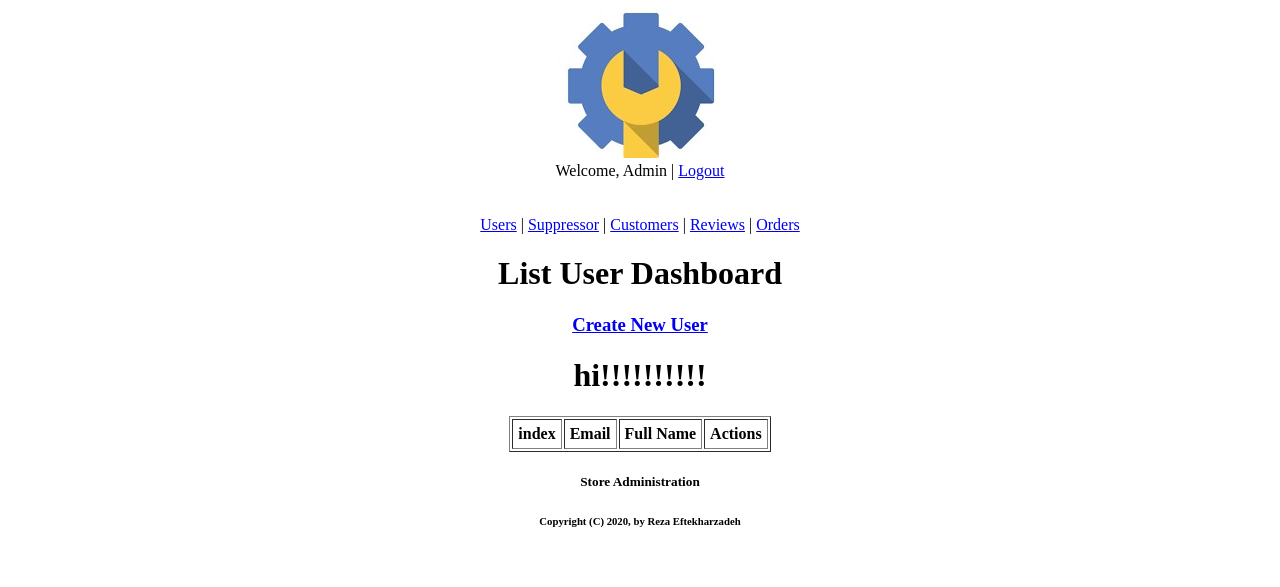
Repository: RezaEftekharzadeh/frey
Page: http://localhost/SilencerStoreProject/admin/user_list.jsp
These files come from the project's save history. The page is drawn as it stood at one moment and after the next save; the edit follows.
The browser window is 1280 px wide. The pictures show the whole page.
The page is served by Tomcat 9. Nobody is signed in. The application's start-up code is not run. Other server files are loaded and not shown.

Above is the page before, as saved 2020-07-18 22:17:23.

### SilencerStoreProject/WebContent/admin/user_list.jsp
<%@ page language="java" contentType="text/html; charset=ISO-8859-1"
    pageEncoding="ISO-8859-1"%>
    <%@ taglib prefix="c" uri="http://java.sun.com/jsp/jstl/core" %>
<!DOCTYPE html>
<html>
<head>
 <!-- <link rel="stylesheet" href="https://stackpath.bootstrapcdn.com/bootstrap/4.3.1/css/bootstrap.min.css" integrity="sha384-ggOyR0iXCbMQv3Xipma34MD+dH/1fQ784/j6cY/iJTQUOhcWr7x9JvoRxT2MZw1T" crossorigin="anonymous"> -->
<meta charset="ISO-8859-1">
<title>List Users page</title>
</head>
<body>
	<jsp:include page="header.jsp" />
	<div align="center">
	     <h1>List User Dashboard</h1>
	     <h3><a href="user_create.jsp">Create New User</a></h3>
    </div>

    <div align="center">
    	<h1>hi!!!!!!!!!!</h1>
    	<h1>${message}</h1>
    </div>

	<div align="center">
		<table border="1" cellPadding="5">
			<tr>
				<th>index</th>
				<th>Email</th>
				<th>Full Name</th>
				<th>Actions</th>
			</tr>
			<c:forEach var="user" items="${listUser}" varStatus="status">
				<tr>
					<td>${status.index+1}</td>
					<td>${user.email}</td>
					<td>${user.fullName}</td>
					<td>
						<a href="">Edith</a>
						<a href="">Delete</a>
					</td>
				</tr>
			</c:forEach>

		</table>

	</div>


     <jsp:include page="footer.jsp" />
</body>
</html>

### SilencerStoreProject/WebContent/admin/header.jsp
<div align="center">

	<div >
		 <img src="../images/admin-page.jpg">
	</div>

	<div >
	  Welcome, Admin | <a href="logout">Logout</a>
	</div>
	<br><br>

	<div>
		<a href="list_users">Users</a> |
		<a href="suppressor">Suppressor</a> |
		<a href="customers">Customers</a> |
		<a href="reviews">Reviews</a> |
		<a href="orders">Orders</a>
	</div>
</div>

### SilencerStoreProject/WebContent/admin/footer.jsp

<div align="center">

 <h5>Store Administration</h5>
 <h6> Copyright (C) 2020, by Reza Eftekharzadeh</h6>



</div>

After the next save:
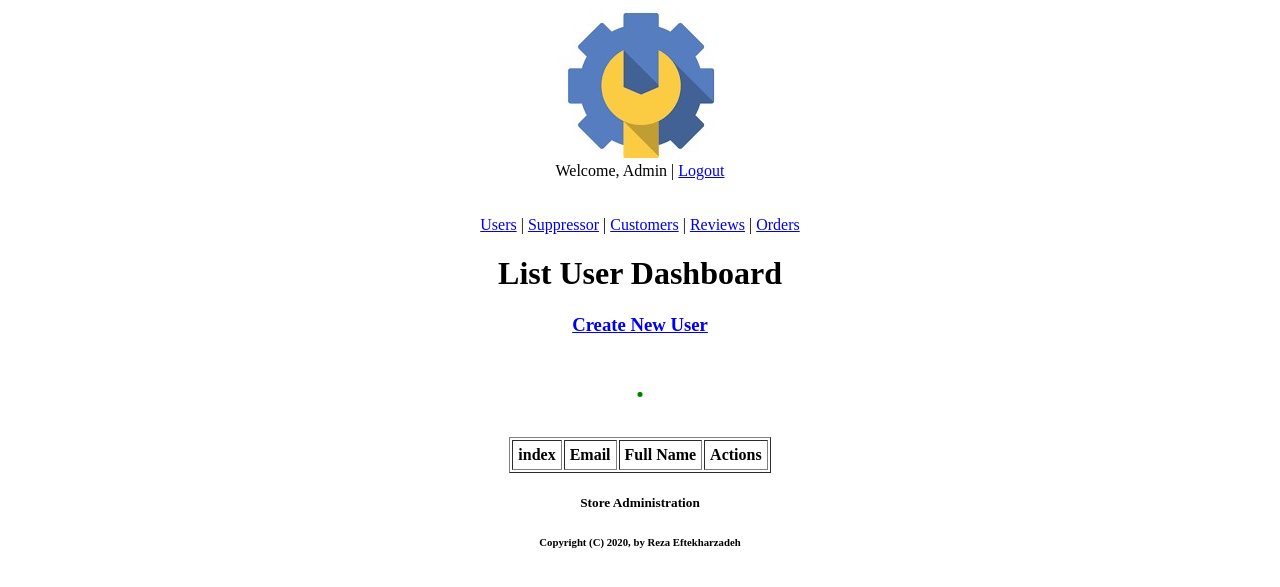
Saved 49 s later.
--- a/SilencerStoreProject/WebContent/admin/user_list.jsp
+++ b/SilencerStoreProject/WebContent/admin/user_list.jsp
@@ -16,8 +16,8 @@
     </div>
 
     <div align="center">
-    	<h1>hi!!!!!!!!!!</h1>
-    	<h1>${message}</h1>
+    	<h1><p style="color:green;">${message}.</p></h1>
+
     </div>
 
 	<div align="center">
